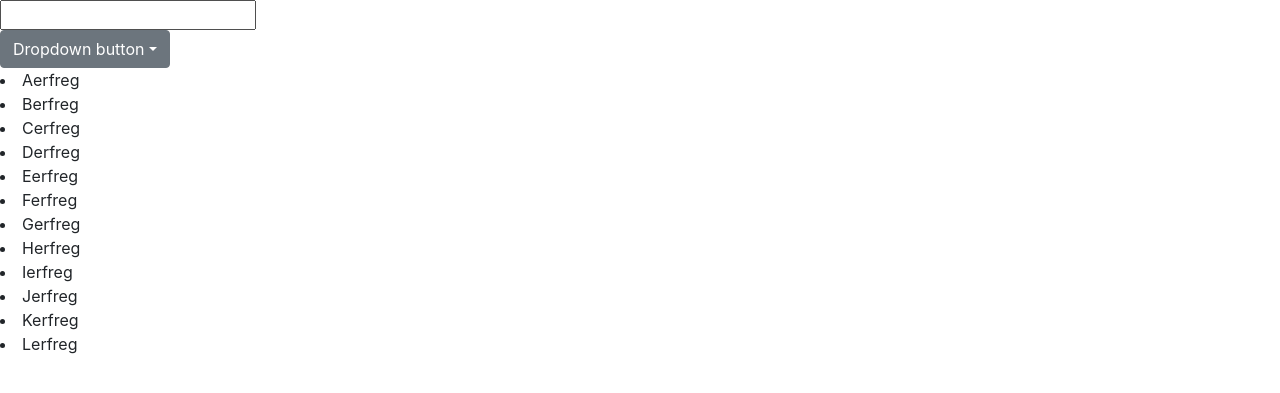
Repository: striver-69/courses
Page: /
These files come from the project's save history. The page is drawn as it stood at one moment and after the next save; the edit follows.
The browser window is 1280 px wide. The pictures show the whole page.
The project was rebuilt for these pictures with package versions that can differ from the ones it lists, and the page was loaded fresh each time.

Above is the page before, as saved 2021-04-08 05:49:45.

After the next save:
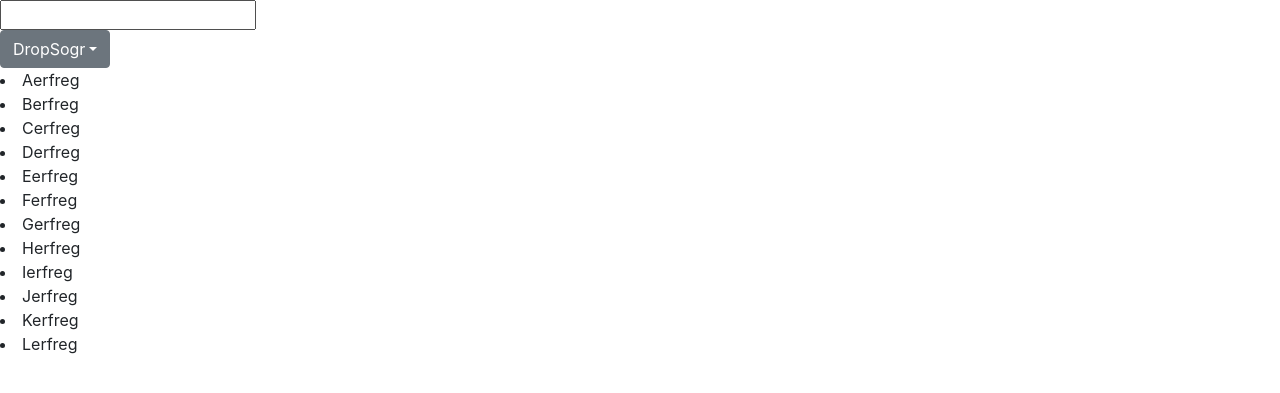
Saved 2 min 32 s later.
--- a/src/Dropdown.js
+++ b/src/Dropdown.js
@@ -23,15 +23,8 @@ export class Dropdown extends Component {
     return (
       <div>
         <input type="text" value={this.state.search} onChange={(e)=>this.setState({search:e.target.value})}/>
-        <div class="dropdown">
-        <button class="btn btn-secondary dropdown-toggle" type="button" id="dropdownMenuButton" data-toggle="dropdown" aria-haspopup="true" aria-expanded="false">
-    Dropdown button
-        </button>
-        <div class="dropdown-menu" aria-labelledby="dropdownMenuButton">
-        <a class="dropdown-item" href="#">Action</a>
-        <a class="dropdown-item" href="#">Another action</a>
-        <a class="dropdown-item" href="#">Something else here</a>
-        </div>
+        <div className="dropdown">
+          <button className="btn btn-secondary dropdown-toggle">DropSogr</button>
         </div>
 
         {
